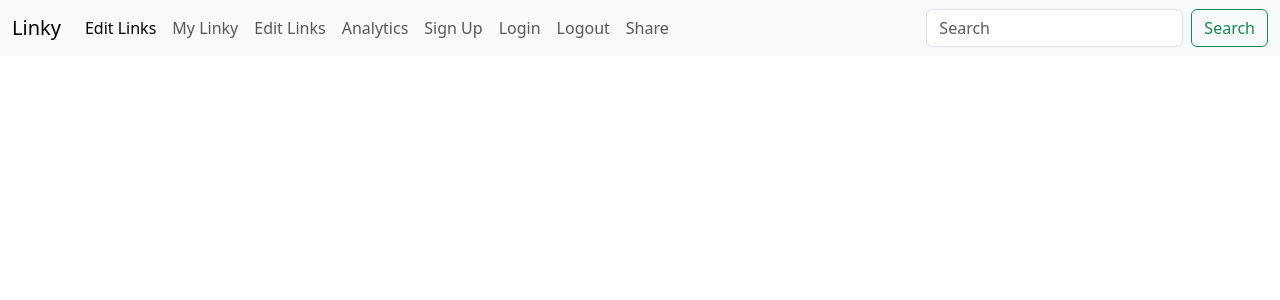
Repository: saramargulies/linktree-app-deploy
Page: / (app in ghi/)
The author's editor kept a copy of each file at every save. The page is drawn from the files as they stood at one save, then again after the next save.
The browser window is 1280 px wide. The pictures show the whole page.
The project was rebuilt for these pictures with package versions that can differ from the ones it lists, and the page was loaded fresh each time. Imported but missing from the stored project, and not drawn on this page: ghi/src/Global/Footer, ghi/src/Home/HomePage.

Above is the page before, as saved 2023-09-28 19:04:13.

After the next save:
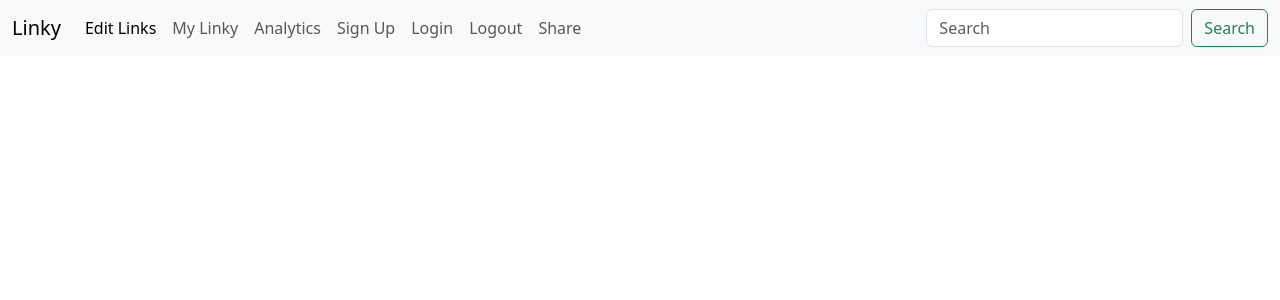
Saved 5 s later.
--- a/ghi/src/Global/NavBar.jsx
+++ b/ghi/src/Global/NavBar.jsx
@@ -33,9 +33,6 @@
                     <Link className="nav-link" href="#">My Linky</Link>
                     </li>
                     <li className="nav-item">
-                    <Link className="nav-link" href="#">Edit Links</Link>
-                    </li>
-                    <li className="nav-item">
                     <Link className="nav-link" href="#">Analytics</Link>
                     </li>
                     <li className="nav-item">
